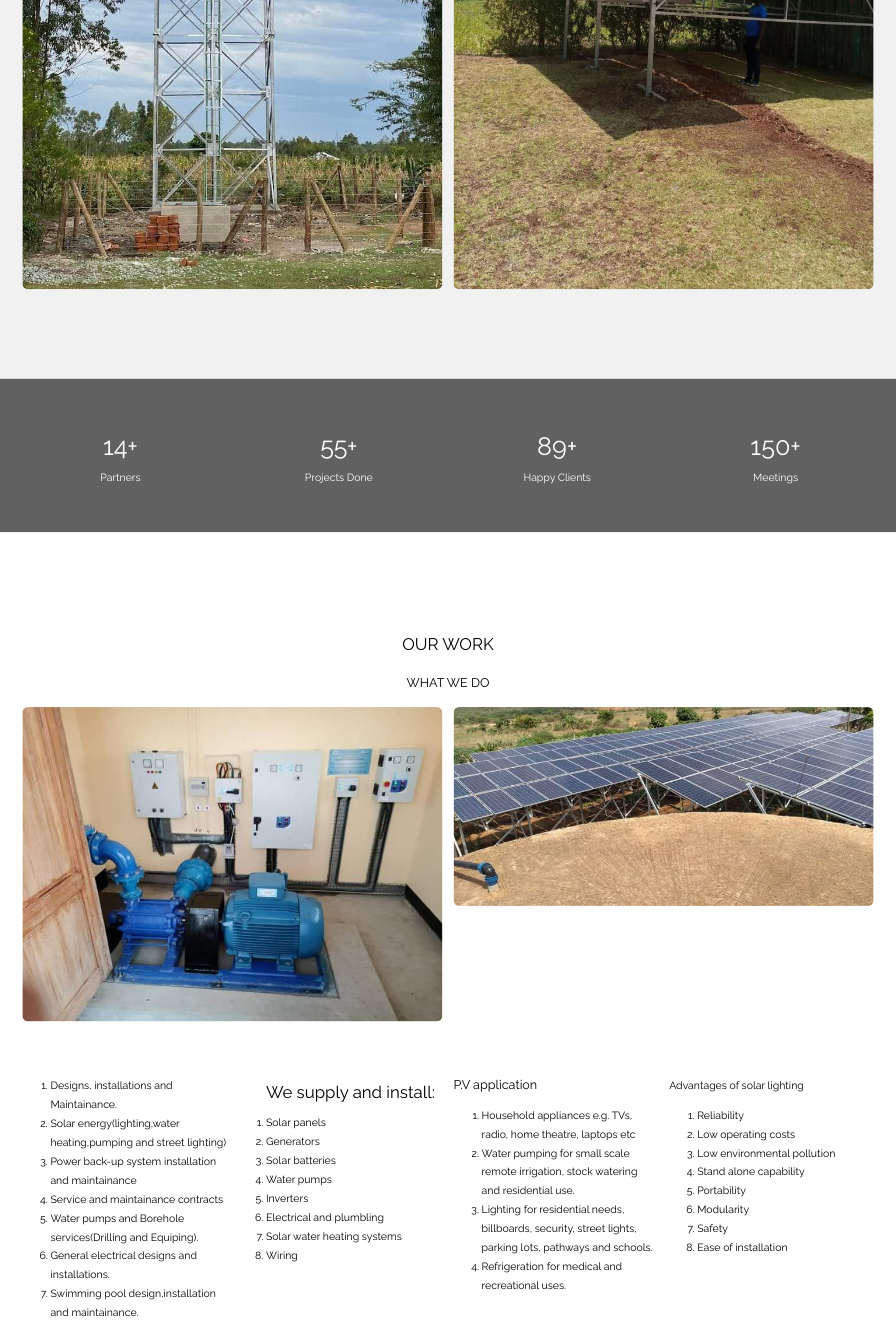
Repository: peterclermy232/LAZCOM
Page: index.html
An editor plug-in stored every save of this project. The page is shown before and after a run of saves, followed by the edit.
The browser window is 1280 px wide. The pictures show the part of the page from y = 3013 to 4913 px (the page is 7333 px tall before and 7831 px after), at 70% of full size.
A picture or video elsewhere on the page could not be fetched, so the positions and the page height are approximate.

Above is the page before, as saved 2022-06-23 08:43:21.

After the next 3 saves:
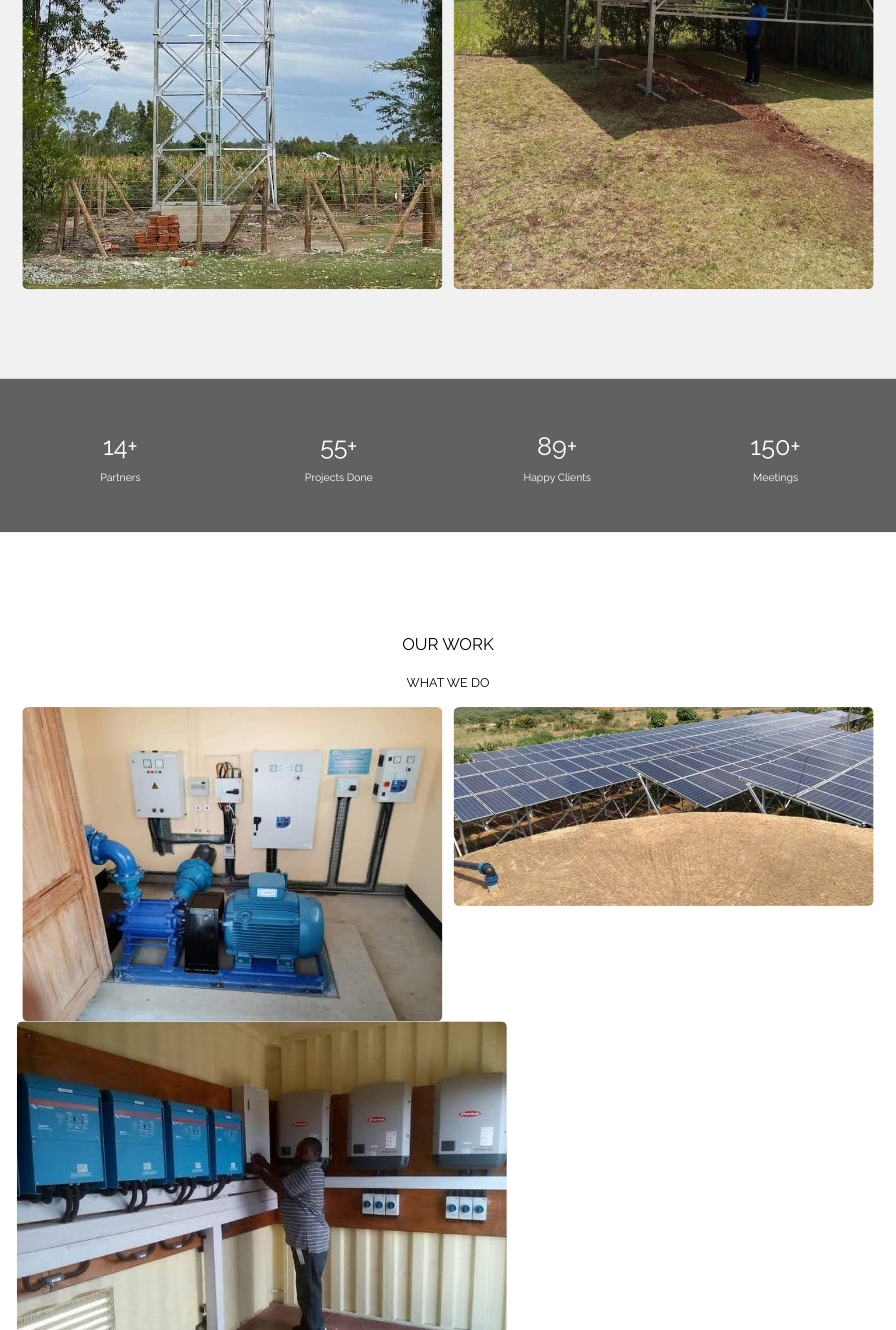
The 3 saves are shown as one change because they came seconds apart.
The last was saved 22 s later.
--- a/index.html
+++ b/index.html
@@ -193,6 +193,9 @@ body, html {
 
       <img class="w3-image w3-round-large" src="images/solarstand.jpeg" alt="Buildings" width="700" height="394">
     </div>
+    <div class="w3-col m6"></div>
+      <img class="w3-image w3-round-large" src="images/person1.jpeg" alt="Buildings" width="700" height="394"></div>
+    </div></div>
 
   </div>
 
